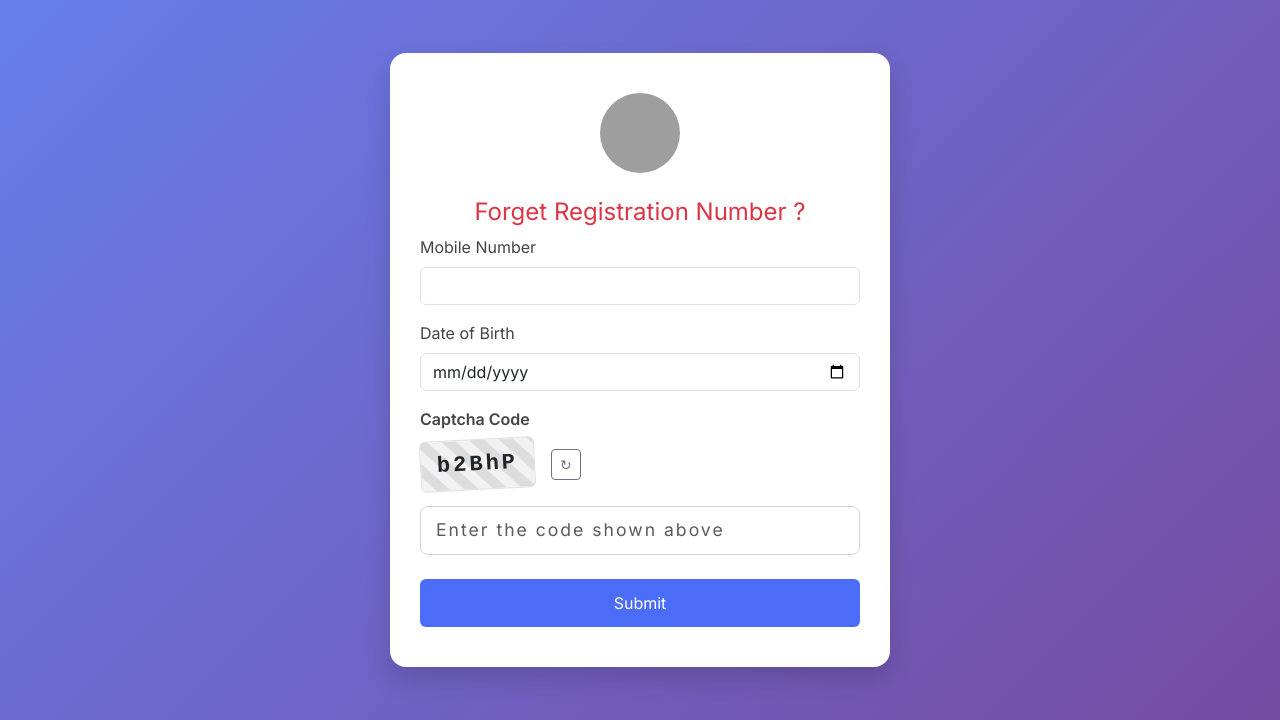
Repository: pilli-saikumar/Admit_cards_updated
Page: http://localhost/Admit_Cards/Candidate/forgot_registration_number.php
An editor plug-in stored every save of this project. The page is shown before and after the next save, followed by the edit.
The browser window is 1280 px wide. The pictures show the whole page.
Pictures or frames that could not be fetched are drawn as grey boxes. The page is run by PHP 8.4 with error messages shown; the project is at /var/www/html/. Queries for data that is not in the repository find no rows.

Above is the page before, as saved 2025-09-17 15:54:00.

After the next save:
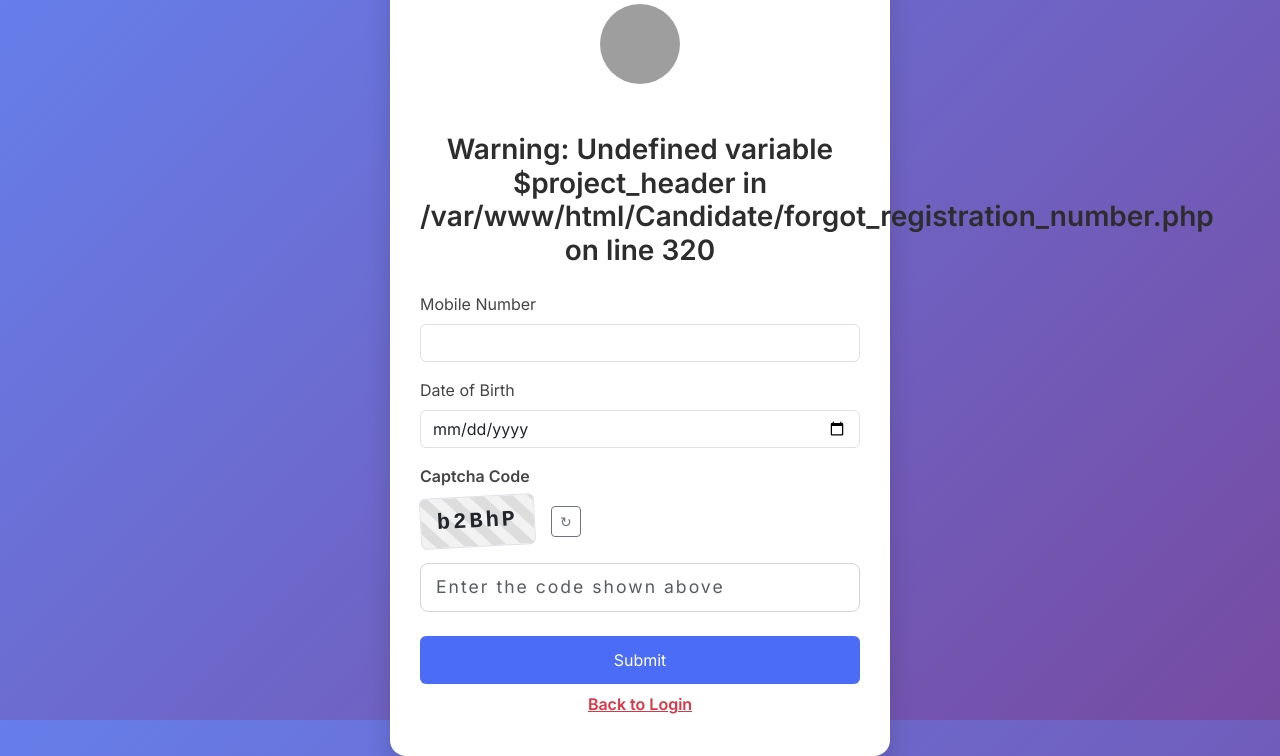
Saved 22 min 35 s later.
--- a/Candidate/forgot_registration_number.php
+++ b/Candidate/forgot_registration_number.php
@@ -10,12 +10,13 @@ $project_logo = 'https://cdn-icons-png.flaticon.com/512/3135/3135715.png'; // De
 $current_date = date('Y-m-d');
 $live_date = null;
 $unlive_date = null;
-
-
+$forgot_view_details = [];
+
+$userData = [];
 if (!empty($slug)) {
 
     $stmt = $conn->prepare("
-        SELECT id, logo_path, header, name, project_live_date, project_end_date
+        SELECT id, logo_path, header, name, project_live_date, project_end_date,forgot_label_name
         FROM projects
         WHERE slug = ? AND is_delete = 0   ");
     $stmt->bind_param("s", $slug);
@@ -29,7 +30,8 @@ if (!empty($slug)) {
         $project_logo = $row['logo_path'] ?? 'https://cdn-icons-png.flaticon.com/512/3135/3135715.png';
         $live_date = $row['project_live_date'] ?? null;
         $unlive_date = $row['project_end_date'] ?? null;
-
+        $forgot_label_name = $row['forgot_label_name'] ?? null;
+        $project_header = $row['header'] ?? null;
 
     }
     if(!empty($project_id)){
@@ -43,6 +45,20 @@ if (!empty($slug)) {
             $forgot_settings[] = $row;
         }
         $stmt->close();
+    }
+
+    if(!empty($forgot_settings)){
+        $stmt = $conn->prepare("SELECT * FROM forgot_view_details WHERE project_id = ?");
+        $stmt->bind_param("i", $project_id);
+        $stmt->execute();
+        $result = $stmt->get_result();
+
+        while ($row = $result->fetch_assoc()) {
+            $forgot_view_details[] = $row;
+        }
+        $stmt->close();
+
+
     }
 
 
@@ -79,6 +95,7 @@ if (isset($_GET['refresh'])) {
     echo $_SESSION['captcha_code'];
     exit;
 }
+
 // Always generate a new captcha for each page load to ensure consistency
 
     if ($_SERVER["REQUEST_METHOD"] == "POST") {
@@ -128,8 +145,24 @@ if (isset($_GET['refresh'])) {
             exit;
         }
 
+        // Get columns to select from forgot_view_details
+        $selectColumns = []; // Default columns
+        if (!empty($forgot_view_details)) {
+            foreach ($forgot_view_details as $view_detail) {
+                if (!empty($view_detail['column_name']) && !in_array($view_detail['column_name'], $selectColumns)) {
+                    $selectColumns[] = $view_detail['column_name'];
+
+                }
+            }
+        }
+
+        $selectClause = implode(', ', $selectColumns);
+
+
+
         $whereClauseStr = implode(' AND ', $whereClause);
-        $query = "SELECT id, registration_number,first_name,last_name FROM admit_card_records WHERE $whereClauseStr AND project_id = $project_id";
+
+        $query = "SELECT $selectClause FROM admit_card_records WHERE $whereClauseStr AND project_id = $project_id";
        // $query = "SELECT * FROM admit_card_records WHERE $whereClauseStr ";
 
         $stmt = $conn->prepare($query);
@@ -238,44 +271,7 @@ if (isset($_GET['refresh'])) {
             text-decoration: underline;
             margin-left: 10px;
         }
-        /* .captcha-box {
-    background: linear-gradient(45deg, #f3f4f6, #e5e7eb);
-    color: #1f2937;
-    font-family: 'Courier New', monospace;
-    font-weight: 700;
-    font-size: 1.5rem;
-    letter-spacing: 4px;
-    padding: 8px 20px;
-    border-radius: 8px;
-    border: 2px dashed #9ca3af;
-    min-width: 180px;
-    text-align: center;
-    user-select: none;
-    box-shadow: 0 2px 4px rgba(0,0,0,0.05);
-    text-shadow: 1px 1px 2px rgba(0,0,0,0.1);
-    transform: perspective(100px) rotateX(5deg);
-    transition: all 0.3s ease;
-}
-
-.captcha-box:hover {
-    transform: perspective(100px) rotateX(0deg);
-    border-color: #6b7280;
-}
-
-input[name="captcha"] {
-    letter-spacing: 2px;
-    font-size: 1.1rem;
-    padding: 10px 15px;
-    border: 1px solid #d1d5db;
-    border-radius: 8px;
-    transition: border-color 0.3s, box-shadow 0.3s;
-}
-
-input[name="captcha"]:focus {
-    border-color: #4f46e5;
-    box-shadow: 0 0 0 3px rgba(99, 102, 241, 0.2);
-    outline: none;
-} */
+
 .captcha-box {
         display: inline-block;
         font-family: 'Courier New', monospace;
@@ -321,8 +317,10 @@ input[name="captcha"]:focus {
 
 
         <img src="/Admit_Cards/<?= htmlspecialchars($project_logo) ?>" alt="User Icon" class="brand-logo rounded-circle">
-        <h3><?= $project_name ?></h3>
-        <h4 class="text-center text-danger font-weight-bold">Forget Registration Number ?</h4>
+        <h3><?= $project_header ?></h3>
+        <?php if(isset($forgot_label_name)) : ?>
+        <h4 class="text-center text-danger font-weight-bold"><?= $forgot_label_name ?></h4>
+        <?php endif; ?>
         <?php if (!empty($errorMsg)): ?>
         <div class="alert alert-danger text-center mt-2" id="errorMessage"><?= htmlspecialchars($errorMsg) ?></div>
          <?php endif; ?>
@@ -400,17 +398,32 @@ input[name="captcha"]:focus {
             <button type="submit" class="btn btn-primary w-100 mt-2">Submit</button>
         </form>
 
-         <?php if(isset($userData))  : ?>
-
-         <?php if($userData){ ?>
-         <div class="alert alert-success text-center mt-2">Registration Number: <?= $userData['registration_number'] ?>
-        <br>
-         <a href="../<?= $slug ?>/index.php" class=" text-danger fw-bold">Back to Login</a>
+
+        <?php if(isset($userData) && !empty($userData)){ ?>
+        <?php if($userData){ ?>
+            <div class="alert alert-success text-center mt-2">
+            <?php
+
+                        foreach ($forgot_view_details as $view_detail) {
+                            $column_name = $view_detail['column_name'];
+                            $label_name = $view_detail['label_name'];
+                            $view_status = $view_detail['view_status'];
+
+                            if (isset($userData[$column_name]) && !empty($userData[$column_name]) && $view_status == 1) {
+                                echo htmlspecialchars($label_name) . ": " . htmlspecialchars($userData[$column_name]) . "<br>";
+                            }
+                        }
+            ?>
+            <br>
+
+         </div>
+        <?php }else{ ?>
+        <div class="alert alert-danger text-center mt-2">No record found with the provided details.</div>
+        <?php } ?>
+        <?php } ?>
+   <div class="text-center mt-2">
+        <a href="../<?= $slug ?>/index.php" class=" text-danger fw-bold">Back to Login</a>
         </div>
-         <?php }else{ ?>
-         <div class="alert alert-danger text-center mt-2">No record found with the provided details.</div>
-         <?php } ?>
-         <?php endif; ?>
 
     </div>
 
